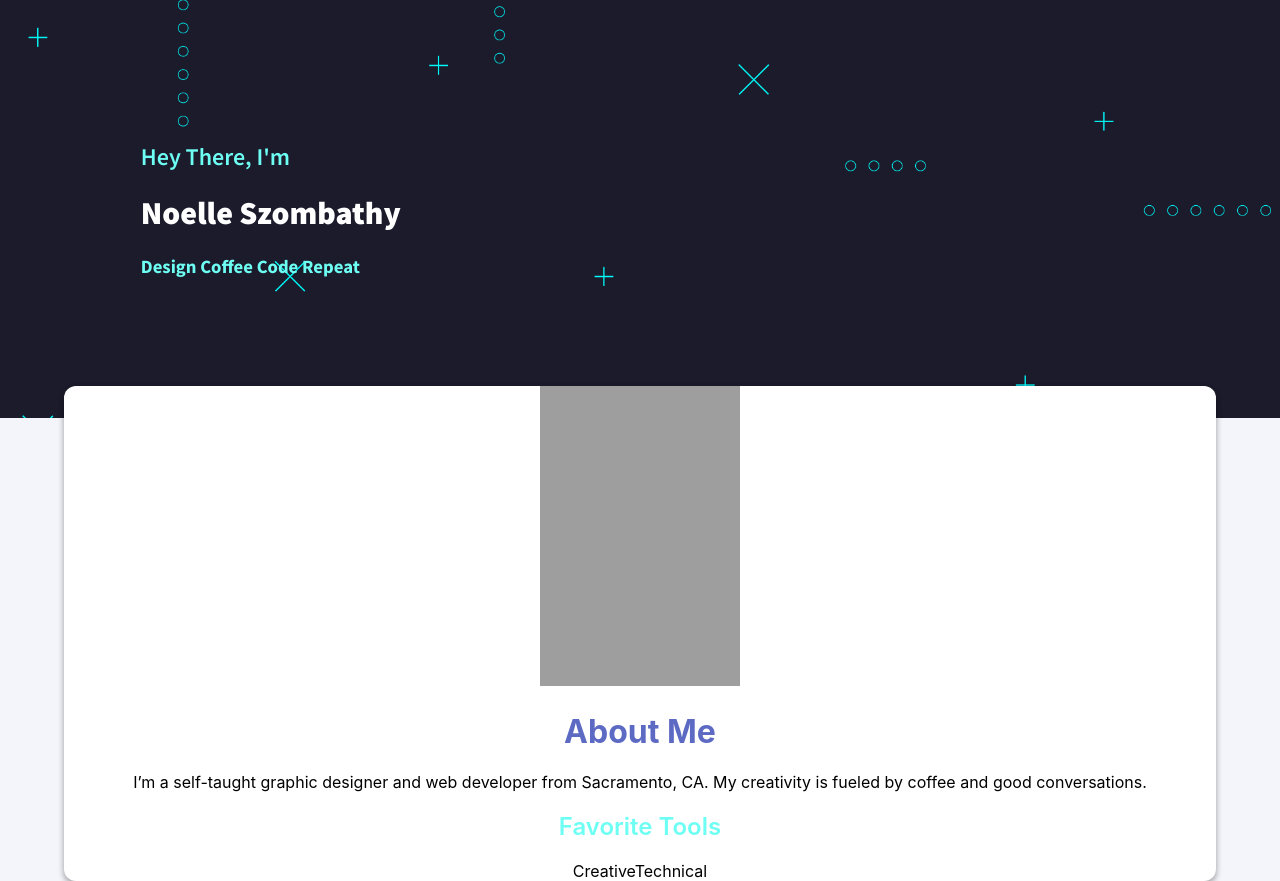
Repository: noellered/sei-assignment
Page: /
The author's editor kept a copy of each file at every save. The page is drawn from the files as they stood at one save, then again after a run of saves.
The browser window is 1280 px wide. The pictures show the whole page.
Pictures or frames that could not be fetched are drawn as grey boxes. The project was rebuilt for these pictures with package versions that can differ from the ones it lists, and the page was loaded fresh each time.

Above is the page before, as saved 2020-10-02 17:34:09.

### public/index.html
<!DOCTYPE html>
<html lang="en">
  <head>
    <meta charset="utf-8" />
    <link rel="icon" href="%PUBLIC_URL%/favicon.ico" />
    <meta name="viewport" content="width=device-width, initial-scale=1" />
    <meta name="theme-color" content="#000000" />
    <meta
      name="description"
      content="Web site created using create-react-app"
    />
    <link rel="apple-touch-icon" href="%PUBLIC_URL%/logo192.png" />
    <!--
      manifest.json provides metadata used when your web app is installed on a
      user's mobile device or desktop. See https://developers.google.com/web/fundamentals/web-app-manifest/
    -->
    <link rel="manifest" href="%PUBLIC_URL%/manifest.json" />
    <!--
      Notice the use of %PUBLIC_URL% in the tags above.
      It will be replaced with the URL of the `public` folder during the build.
      Only files inside the `public` folder can be referenced from the HTML.

      Unlike "/favicon.ico" or "favicon.ico", "%PUBLIC_URL%/favicon.ico" will
      work correctly both with client-side routing and a non-root public URL.
      Learn how to configure a non-root public URL by running `npm run build`.
    -->
    <title>Noelle Szombathy </title>
  </head>
  <body>
    <noscript>You need to enable JavaScript to run this app.</noscript>
    <div id="root"></div>
    <!--
      This HTML file is a template.
      If you open it directly in the browser, you will see an empty page.

      You can add webfonts, meta tags, or analytics to this file.
      The build step will place the bundled scripts into the <body> tag.

      To begin the development, run `npm start` or `yarn start`.
      To create a production bundle, use `npm run build` or `yarn build`.
    -->
  </body>
</html>

### src/App.js
import React from 'react';
import './App.css';
import Header from './components/Header'

function App() {
  return (
    <div className="App">
      <Header />
    </div>
  );
}

export default App;

### src/App.css
@import url('https://fonts.googleapis.com/css2?family=Source+Sans+Pro:wght@400;600;700;900&display=swap');

.App{
  background-color: #F4F5FA;
}

.card{
  max-width: 90%;
  border-radius: 12px;
  box-shadow: 0 3px 6px rgba(0,0,0,0.16), 0 3px 6px rgba(0,0,0,0.23);
  margin: auto;
  margin-top: -2rem;
  background-color: white;
  text-align: center;
}

.card-img{
  min-width: 200px;
  min-height: 200px;
}

.jumbo {
  background-image: url("./assets/header-background.png");
  background-size: cover;
  min-height: fit-content;
  padding: 1rem;
}

.jumbo-text{
  color: white;
  font-weight: 900;
}

.header-text-container{
  margin: 10%;
  color: white;
  font-family: 'Source Sans Pro', sans-serif;
}

h1{
  color: #5C6AC4;
  font-weight: 700;
}

h2{
  color: #6EFFF4;
  font-weight: 600;
}

h3{
  color: #6EFFF4;
}

@media (prefers-reduced-motion: no-preference) {
  .App-logo {
    animation: App-logo-spin infinite 20s linear;
  }
}

.App-header {
  background-color: #282c34;
  min-height: 100vh;
  display: flex;
  flex-direction: column;
  align-items: center;
  justify-content: center;
  font-size: calc(10px + 2vmin);
  color: white;
}

.App-link {
  color: #61dafb;
}

@keyframes App-logo-spin {
  from {
    transform: rotate(0deg);
  }
  to {
    transform: rotate(360deg);
  }
}

### src/components/Header.js
import React, {Component} from 'react';
import headshot from '../assets/headshot.png'

const AboutMe = () => {
    let bio = "I’m a self-taught graphic designer and web developer from Sacramento, CA. My creativity is fueled by coffee and good conversations."
    return(
        <>
            <div class="card">
                <div>
                    <img
                        src={headshot}
                        class="card-img"
                        height="300px"
                        width="0px"
                        alt="headshot"
                    />
                </div>
                <div>
                    <h1>About Me</h1>
                    <p>{bio}</p>
                    <h2>Favorite Tools</h2>
                        <lead>Creative</lead>
                        {/* adobe logos */}
                        <lead>Technical</lead>
                        {/* coding logos */}
                </div>
            </div>
        </>
    )
}

class Header extends Component {
    render(){
        return(
            <>
                <div class="jumbo">
                    <div class="header-text-container">
                        <h2>Hey There, I'm</h2>
                        <h1 class="jumbo-text">Noelle Szombathy</h1>
                        <h3>Design Coffee Code Repeat</h3>
                        {/* need to include arrows in between */}
                    </div>
                </div>
                <AboutMe/>
            </>
        )
    }
}

export default Header

Loaded but not shown: src/index.js (common file); src/index.css (common file); src/serviceWorker.js (common file)

After the next 2 saves:
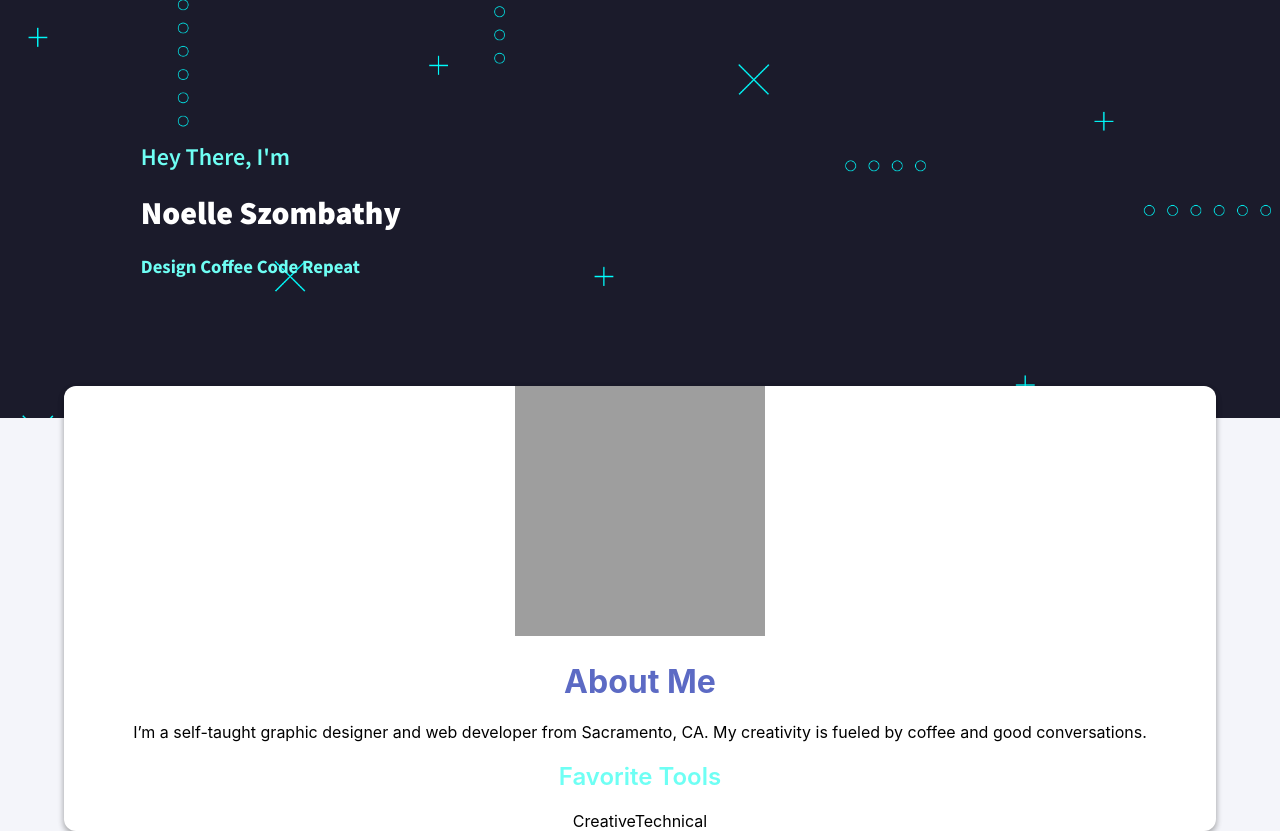
The 2 saves are shown as one change because they came seconds apart.
The last was saved 5 s later.
--- a/src/components/Header.js
+++ b/src/components/Header.js
@@ -10,8 +10,8 @@
                     <img
                         src={headshot}
                         class="card-img"
-                        height="300px"
-                        width="0px"
+                        height="250px"
+                        width="250px"
                         alt="headshot"
                     />
                 </div>
